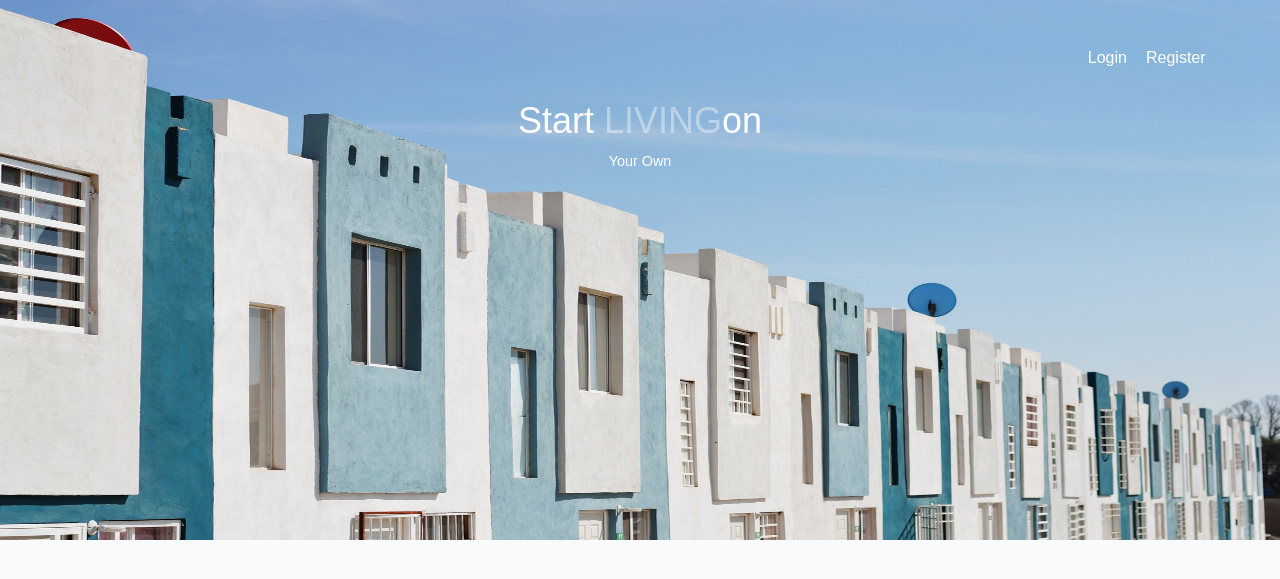
Repository: PatryxB/buildHouse
Page: http://localhost/
These files come from the project's save history. The page is drawn as it stood at one moment and after the next save; the edit follows.
The browser window is 1280 px wide. The pictures show the whole page.
Some web fonts or font styles are not loaded; a fallback is used. The page is served by the project's Laravel application, run on PHP 8.4 with Laravel 8. Other server files are loaded and not shown. Style sheets and scripts are compiled from the project's sources, by tool versions that may differ from the author's.

Above is the page before, as saved 2020-04-30 20:23:12.

### resources/views/welcome.blade.php
<!DOCTYPE html>
<html lang="{{ str_replace('_', '-', app()->getLocale()) }}">
    <head>
        <meta charset="utf-8">
        <meta name="viewport" content="width=device-width, initial-scale=1">

        <title>Laravel</title>

        <!-- Fonts -->
        <link href="https://fonts.googleapis.com/css?family=Nunito:200,600" rel="stylesheet">
        <link rel="stylesheet" href="/css/app.css">

    </head>
    <body>

        <section id="welcome">
            <div class="banner">
                <img src="{{asset('/img/housebanner.jpg')}}" alt="">
                <div class="text-banner">
                    <h1>Start <span style="opacity: .4;">LIVING</span>on</h1>
                    <p>Your Own</p>
                </div>
            </div>
        </section>

        @extends('layouts.app')
        @section('content')
        @endsection
    </body>
</html>

### resources/views/layouts/app.blade.php
<!doctype html>
<html lang="{{ str_replace('_', '-', app()->getLocale()) }}">
<head>
    <meta charset="utf-8">
    <meta name="viewport" content="width=device-width, initial-scale=1">

    <!-- CSRF Token -->
    <meta name="csrf-token" content="{{ csrf_token() }}">

    <title>{{ config('app.name', 'Laravel') }}</title>

    <!-- Scripts -->
    <script src="{{ asset('js/app.js') }}" defer></script>

    <!-- Fonts -->
    <link rel="dns-prefetch" href="//fonts.gstatic.com">
    <link href="https://fonts.googleapis.com/css?family=Nunito" rel="stylesheet">

    <!-- Styles -->
    <link href="{{ asset('css/app.css') }}" rel="stylesheet">
</head>
<body>
    <div id="app">
        <nav>
            @if (Route::has('login'))
                <div class="top-right links">
                    @auth
                        <a href="{{ url('/home') }}">Home</a>
                    @else
                        <a href="{{ route('login') }}">Login</a>

                        @if (Route::has('register'))
                            <a href="{{ route('register') }}">Register</a>
                        @endif
                    @endauth
                </div>
            @endif

        </nav>
        <main class="py-4">
            @yield('content')
        </main>
    </div>
</body>
</html>

### resources/sass/app.scss
// Fonts
@import url('https://fonts.googleapis.com/css?family=Nunito');
@import url('https://fonts.googleapis.com/css2?family=Varela+Round&display=swap');

// Variables
@import 'variables';

// Bootstrap
@import '~bootstrap/scss/bootstrap';

html, body{
    margin: 0;
    padding: 0;
    box-sizing: border-box;
    font-family: 'Varela Round', sans-serif;
}

.banner img{
    width: 100%;
    height: 75vh;
    background-repeat: no-repeat;
    position: relative;
}
nav{
    position: absolute;
    top: 8%;
    left: 89%;
    transform: translate(-50%, -50%);
}
nav a {
    color: white;
    font-size: 16px;
    margin-left: 15px;
}
.text-banner{
    color: white;
    position: absolute;
    top: 20%;
    left: 50%;
    transform: translate(-50%, -50%);
    text-align: center;
}

Loaded but not shown: routes/web.php (common file); app/Http/Controllers/Auth/LoginController.php (common file); app/Http/Controllers/Controller.php (common file); app/Http/Controllers/Auth/ConfirmPasswordController.php (common file); resources/sass/_variables.scss (common file)

After the next save:
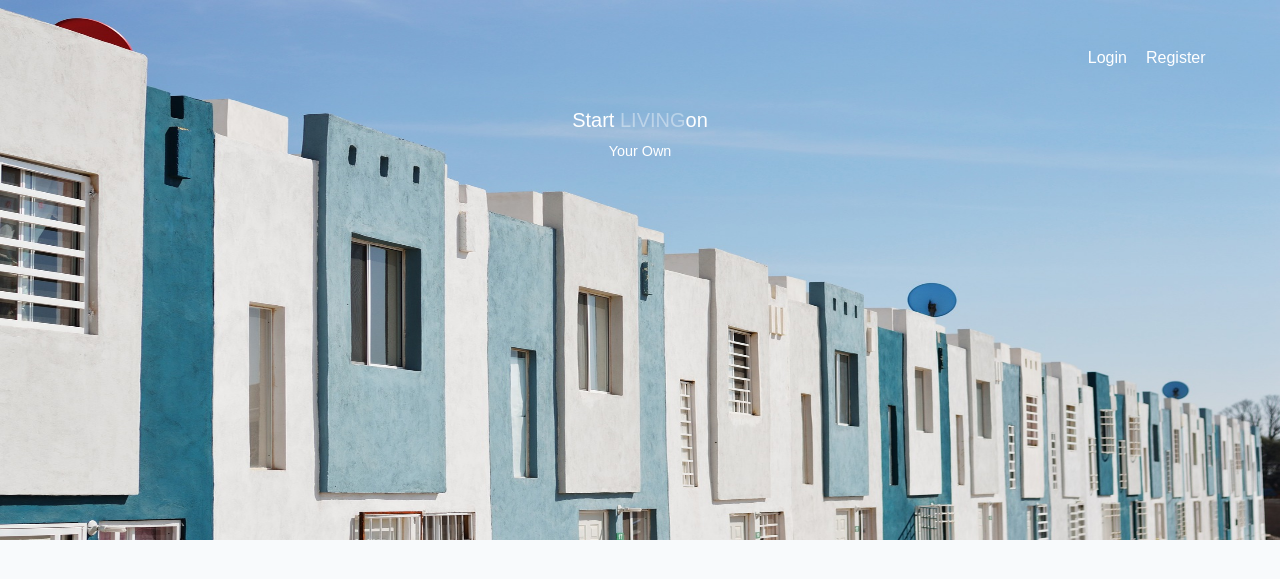
Saved 28 s later.
--- a/resources/views/welcome.blade.php
+++ b/resources/views/welcome.blade.php
@@ -17,7 +17,7 @@
             <div class="banner">
                 <img src="{{asset('/img/housebanner.jpg')}}" alt="">
                 <div class="text-banner">
-                    <h1>Start <span style="opacity: .4;">LIVING</span>on</h1>
+                    <h1 style="font-size:20px">Start <span style="opacity: .4;">LIVING</span>on</h1>
                     <p>Your Own</p>
                 </div>
             </div>
